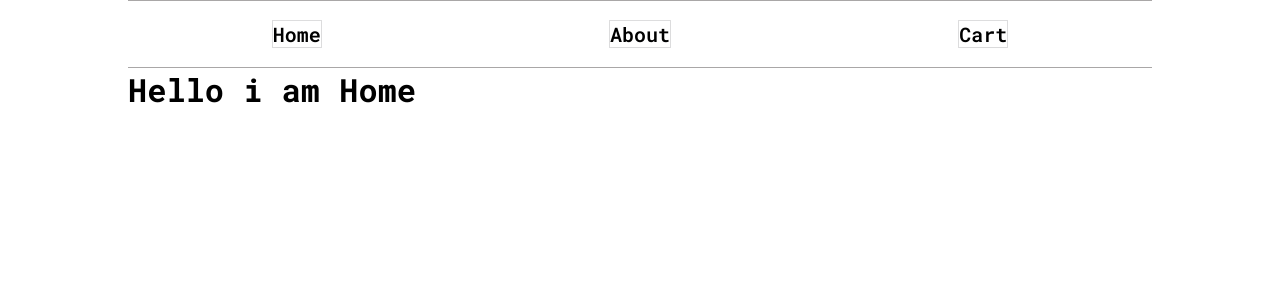
Repository: tuankiet10920/vuejs
Page: /
These files come from the project's save history. The page is drawn as it stood at one moment and after the next save; the edit follows.
The browser window is 1280 px wide. The pictures show the whole page.
The project was rebuilt for these pictures with package versions that can differ from the ones it lists, and the page was loaded fresh each time. Also part of the build but not shown: vite.config.js.

Above is the page before, as saved 2024-08-24 11:33:20.

### index.html
<!DOCTYPE html>
<html lang="en">

<head>
  <meta charset="UTF-8">
  <link rel="icon" href="/favicon.ico">
  <meta name="viewport" content="width=device-width, initial-scale=1.0">
  <title>Vite App</title>
  <link rel="stylesheet"
    href="https://fonts.googleapis.com/css2?family=Material+Symbols+Outlined:opsz,wght,FILL,GRAD@24,400,0,0" />
  <link rel="preconnect" href="https://fonts.googleapis.com">
  <link rel="preconnect" href="https://fonts.gstatic.com" crossorigin>
  <link href="https://fonts.googleapis.com/css2?family=Roboto+Mono:ital,wght@0,100..700;1,100..700&display=swap"
    rel="stylesheet">
  <style>
    * {
      margin: 0;
      padding: 0;
      box-sizing: border-box;
      list-style: none;
      text-decoration: none;
      font-family: "Roboto Mono", monospace;
      font-style: normal;
    }

    body {
      width: 100%;
      display: flex;
      justify-content: center;
    }

    #app {
      width: 80%;
    }
  </style>
</head>

<body>
  <div id="app"></div>
  <script type="module" src="/src/main.js"></script>
</body>

</html>

### src/main.js
import { createApp } from 'vue'
import App from './App.vue'
import router from './router'
import lsProduct from '../public/data/lsProduct.json';

if(!localStorage.getItem('lsProduct')){
    localStorage.setItem('lsProduct', JSON.stringify(lsProduct));
}
if(!localStorage.getItem('cart')){
    let cart = [];
    localStorage.setItem('cart', JSON.stringify(cart));
}
const app = createApp(App)

app.use(router)

app.mount('#app')

### src/App.vue
<template>

  <!-- header -->
  <Header />
  <RouterView />

</template>
<script>
import { RouterLink, RouterView } from 'vue-router'
import Header from './components/header.vue'
export default {
  components: {
    Header
  }
}

</script>

### src/router/index.js
import { createRouter, createWebHistory } from 'vue-router'

const router = createRouter({
  history: createWebHistory(import.meta.env.BASE_URL),
  routes: [
    {
      path: '/',
      name: 'home',
      component: () => import('../views/HomeView.vue')
    },
    {
      path: '/about',
      name: 'about',
      component: () => import('../views/AboutView.vue')
    },
    {
      path: '/cart',
      name: 'cart',
      component: () => import('../views/CartView.vue')
    }
  ]
})

export default router

### public/data/lsProduct.json
[
    {
        "id" : 1,
        "name" : "Donna Born In Roma",
        "price" : 1000000,
        "image" : "product-1.webp"
    },
    {
        "id" : 2,
        "name" : "Frangipani Flower Cologne",
        "price" : 2000000,
        "image" : "product-2.webp"
    },
    {
        "id" : 3,
        "name" : "Glossier You Eau",
        "price" : 3000000,
        "image" : "product-3.webp"
    },
    {
        "id" : 4,
        "name" : "Mini Cheirosa",
        "price" : 4000000,
        "image" : "product-4.webp"
    }
]

### src/components/header.vue
<template>
    <div class="header">
        <ul>
            <li>
                <RouterLink to="/">Home</RouterLink>
            </li>
            <li>
                <RouterLink to="/about">About</RouterLink>
            </li>
            <li>
                <RouterLink to="/cart">Cart</RouterLink>
            </li>
        </ul>
    </div>
</template>

<script>
export default {

}
</script>

<style>
.header {
    width: 100%;
    padding: 20px 0px;
    border-bottom: 1px solid #a9a7a7;
    border-top: 1px solid #a9a7a7;
}

.header ul {
    display: flex;
    justify-content: space-around;
    width: 100%;
}

.header ul li {
    box-shadow: rgba(0, 0, 0, 0.02) 0px 1px 3px 0px, rgba(27, 31, 35, 0.15) 0px 0px 0px 1px;
}

.header ul li a {
    color: #000;
    font-size: 20px;
    font-weight: 600;
}
</style>

### src/views/HomeView.vue
<template>
  <h1>Hello i am Home</h1>
</template>

After the next save:
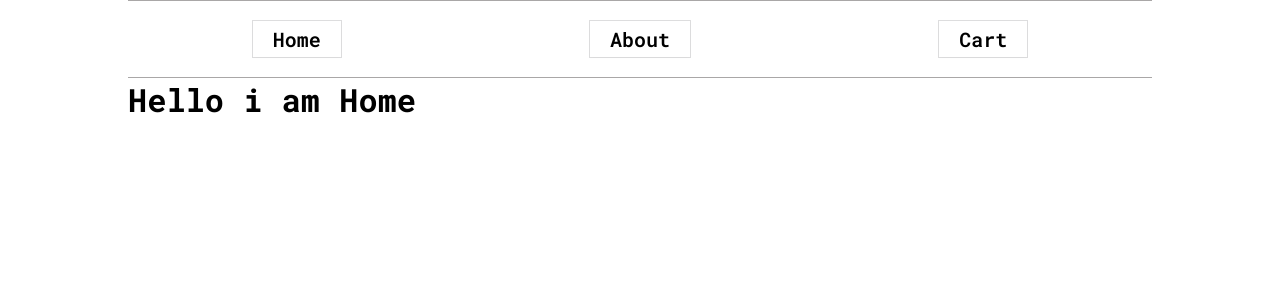
Saved 9 s later.
--- a/src/components/header.vue
+++ b/src/components/header.vue
@@ -36,6 +36,7 @@ export default {
 
 .header ul li {
     box-shadow: rgba(0, 0, 0, 0.02) 0px 1px 3px 0px, rgba(27, 31, 35, 0.15) 0px 0px 0px 1px;
+    padding: 5px 20px;
 }
 
 .header ul li a {
